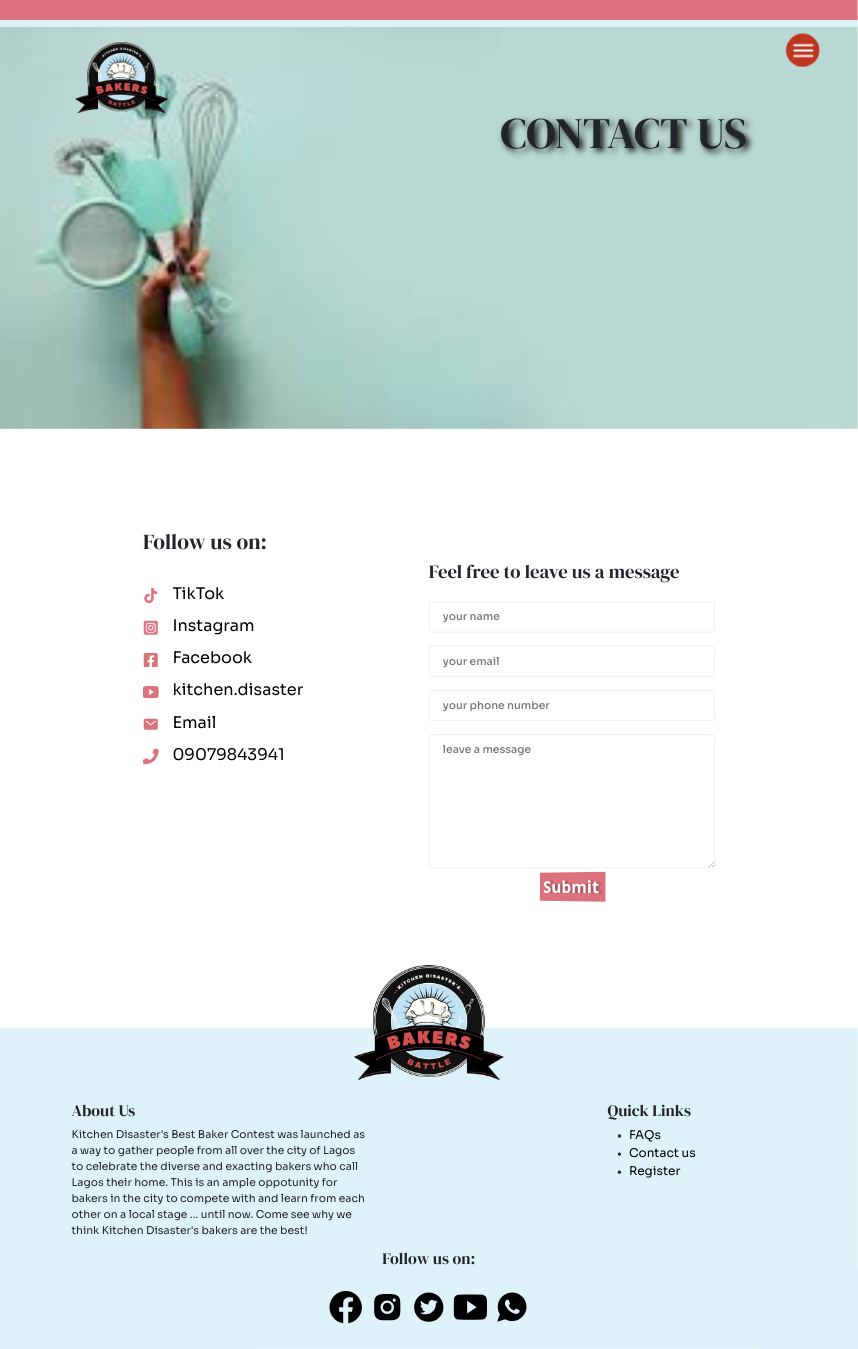
Repository: sarahnnanyelugo/bakers-battle
Page: /contact
These files come from the project's save history. The page is drawn as it stood at one moment and after the next save; the edit follows.
The browser window is 1280 px wide. The pictures show the whole page, at 67% of full size.
The project was rebuilt for these pictures with package versions that can differ from the ones it lists, and the page was loaded fresh each time. Also part of the build but not shown: src/components/ScreenSlide/slide.scss, src/components/ScreenSlide/ScreenSlide.js, src/pages/Home/home.scss, src/pages/Home/Home.js, src/components/Title.js, src/components/FAQAccord/faq-accord.scss, src/components/FAQAccord/FAQAccord.js, src/pages/FAQ/faq.scss and 8 more.

Above is the page before, as saved 2024-07-17 08:38:39.

After the next save:
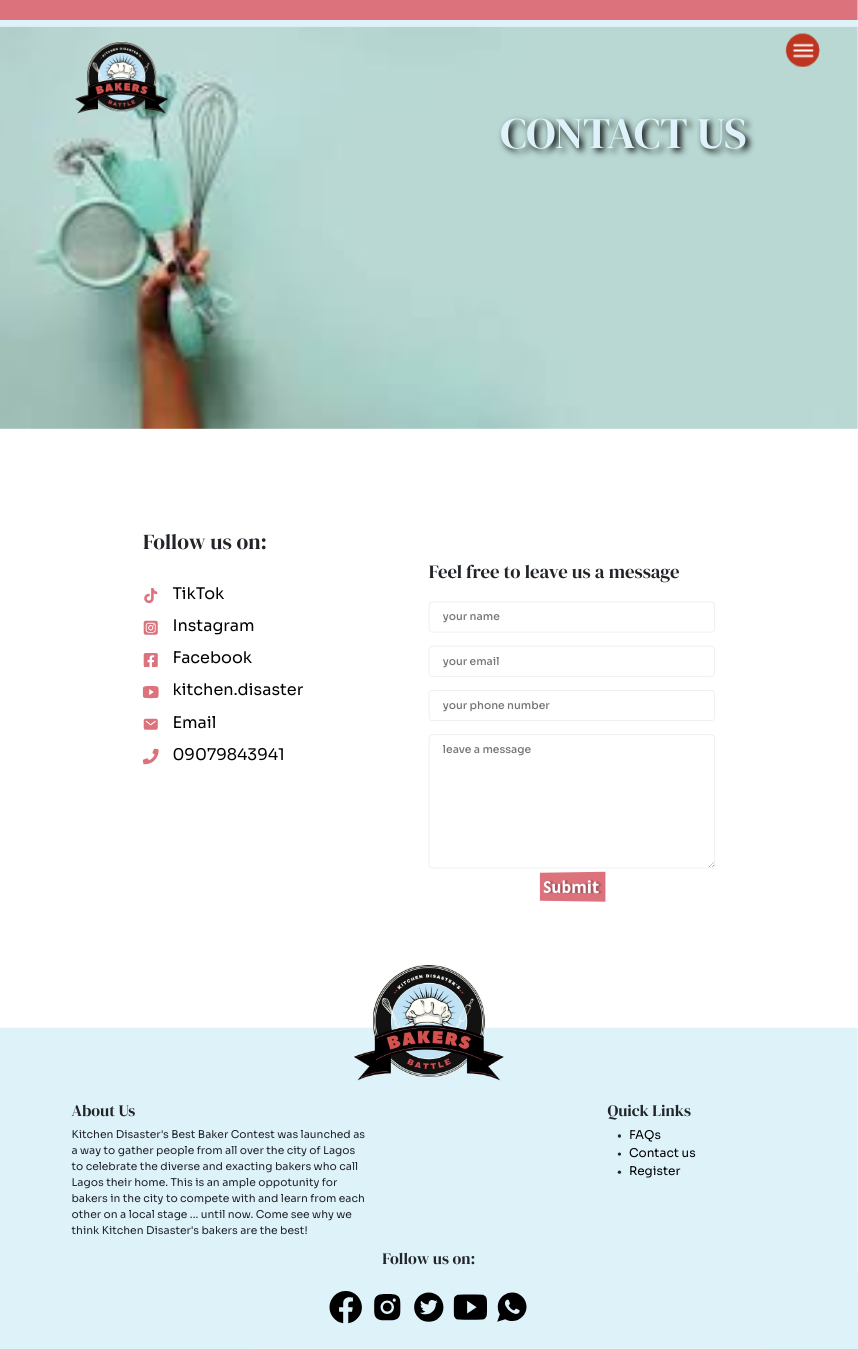
Saved 34 s later.
--- a/src/pages/Sponsors/sponsors.scss
+++ b/src/pages/Sponsors/sponsors.scss
@@ -22,4 +22,5 @@
 }
 .heading {
   text-shadow: 5px 5px 10px black;
+  color: #def2fa;
 }
